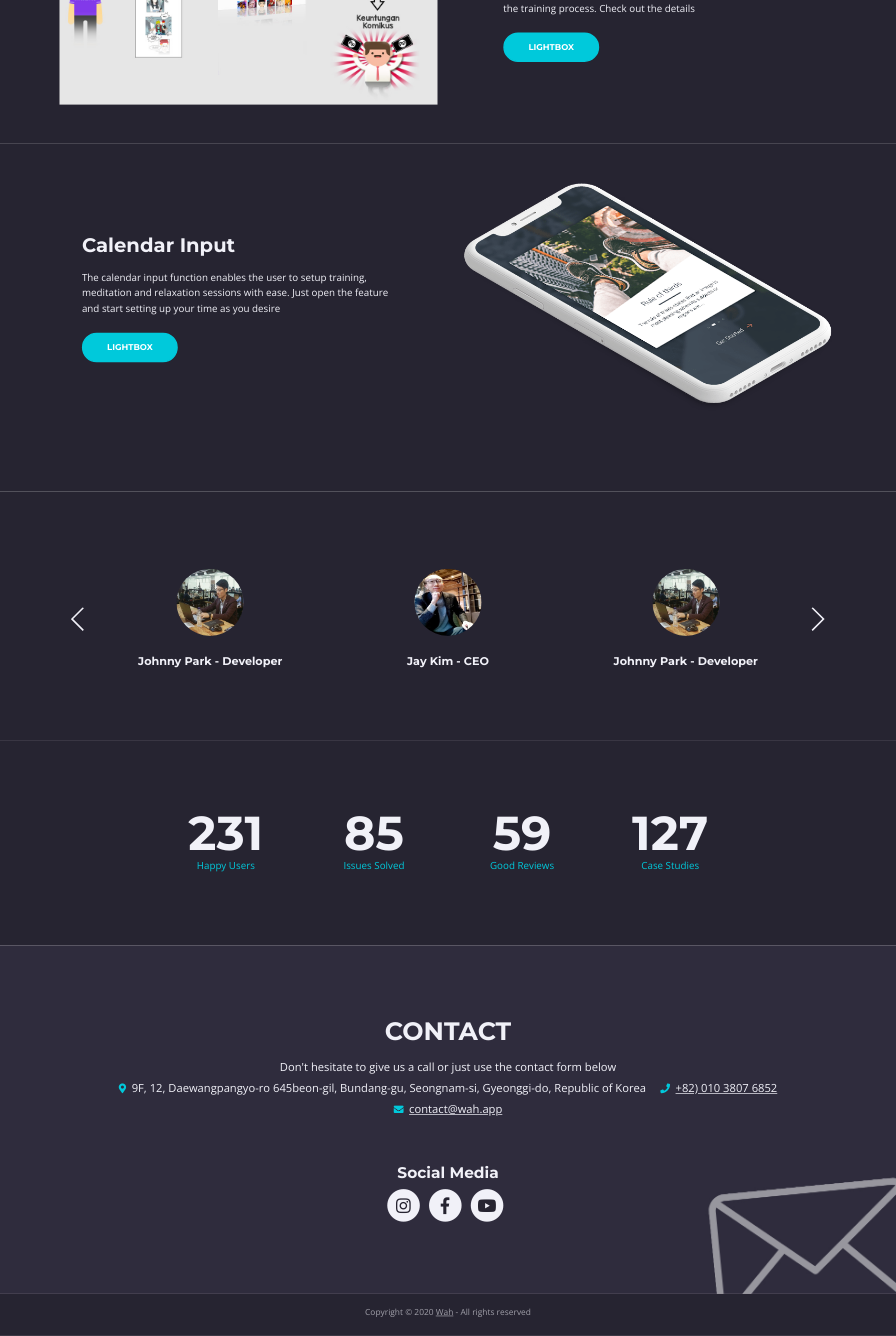
Repository: blackhat97/Homepage
Page: index.html
An editor plug-in stored every save of this project. The page is shown before and after the next save, followed by the edit.
The browser window is 1280 px wide. The pictures show the part of the page from y = 2058 to 3978 px (the page is 3967 px tall before and 3978 px after), at 70% of full size.

Above is the page before, as saved 2020-04-03 12:23:58.

### index.html
<!DOCTYPE html>
<html lang="en">
<head>
    <meta charset="utf-8">
    <meta name="viewport" content="width=device-width, initial-scale=1, shrink-to-fit=no">

    <!-- SEO Meta Tags -->
    <meta name="description" content="Pakistan Comics Platform">
    <meta name="author" content="tech@wah.app">

    <!-- OG Meta Tags to improve the way the post looks when you share the page on LinkedIn, Facebook, Google+ -->
	<meta property="og:site_name" content="" /> <!-- website name -->
	<meta property="og:site" content="" /> <!-- website link -->
	<meta property="og:title" content=""/> <!-- title shown in the actual shared post -->
	<meta property="og:description" content="" /> <!-- description shown in the actual shared post -->
	<meta property="og:image" content="" /> <!-- image link, make sure it's jpg -->
	<meta property="og:url" content="" /> <!-- where do you want your post to link to -->
	<meta property="og:type" content="article" />

    <!-- Website Title -->
    <title>Wah - Pakistani Webtoon Platform</title>

    <!-- Styles -->
    <link href="https://fonts.googleapis.com/css?family=Montserrat:400,600,700" rel="stylesheet">
    <link href="https://fonts.googleapis.com/css?family=Open+Sans:400,400i,700,700i" rel="stylesheet">
    <link href="css/bootstrap.css" rel="stylesheet">
    <link href="css/fontawesome-all.css" rel="stylesheet">
    <link href="css/swiper.css" rel="stylesheet">
	<link href="css/magnific-popup.css" rel="stylesheet">
	<link href="css/styles.css" rel="stylesheet">

	<!-- Favicon  -->
    <link rel="icon" href="images/favicon.png">
</head>
<body data-spy="scroll" data-target=".fixed-top">

    <!-- Preloader -->
	<div class="spinner-wrapper">
        <div class="spinner">
            <div class="bounce1"></div>
            <div class="bounce2"></div>
            <div class="bounce3"></div>
        </div>
    </div>
    <!-- end of preloader -->


    <!-- Navigation -->
    <nav class="navbar navbar-expand-md navbar-dark navbar-custom fixed-top">

        <!-- Image Logo -->
        <!-- <a class="navbar-brand logo-image" href="index.html"><img src="images/logo.png" alt="alternative"></a> -->

        <!-- Text Logo - Use this if you don't have a graphic logo -->
        <a class="navbar-brand logo-text page-scroll" href="index.html">Wah.app</a>

        <!-- Mobile Menu Toggle Button -->
        <button class="navbar-toggler" type="button" data-toggle="collapse" data-target="#navbarsExampleDefault" aria-controls="navbarsExampleDefault" aria-expanded="false" aria-label="Toggle navigation">
            <span class="navbar-toggler-awesome fas fa-bars"></span>
            <span class="navbar-toggler-awesome fas fa-times"></span>
        </button>
        <!-- end of mobile menu toggle button -->

        <div class="collapse navbar-collapse" id="navbarsExampleDefault">
            <ul class="navbar-nav ml-auto">
                <li class="nav-item">
                    <a class="nav-link page-scroll" href="#header">HOME <span class="sr-only">(current)</span></a>
                </li>
                <li class="nav-item">
                    <a class="nav-link page-scroll" href="#features">FEATURES</a>
                </li>
                <li class="nav-item">
                    <a class="nav-link page-scroll" href="#details">DETAILS</a>
                </li>
                <li class="nav-item">
                    <a class="nav-link page-scroll" href="#contact">CONTACT</a>
                </li>
            </ul>
            <span class="nav-item social-icons">
                <span class="fa-stack">
                    <a href="#your-link">
                        <i class="fas fa-circle fa-stack-2x"></i>
                        <i class="fab fa-facebook-f fa-stack-1x"></i>
                    </a>
                </span>
                <span class="fa-stack">
                    <a href="#your-link">
                        <i class="fas fa-circle fa-stack-2x"></i>
                        <i class="fab fa-twitter fa-stack-1x"></i>
                    </a>
                </span>
            </span>
        </div>
    </nav> <!-- end of navbar -->
    <!-- end of navigation -->


    <!-- Header -->
    <header id="header" class="header">
        <div class="header-content">
            <div class="container">
                <div class="row">
                    <div class="col-lg-6">
                        <div class="text-container">
                            <!--
                            <h1>Fatastic <br>Pakistan <span id="js-rotating">Comics, Novel</span></h1>
                            -->
                            <h1>Muslim No. 1 <br>Webcomics</h1>
                            <p class="p-large">Online webtoon contents platform in Pakistan</p>
                            <!--
                            <a class="btn-solid-lg page-scroll" href="#your-link"><i class="fab fa-apple"></i>APP STORE</a>
                            -->
                            <a class="btn-solid-lg page-scroll" href="http://webcomics.pk" target="_blank"><i class="fab fa-chrome"></i>WEB</a>
                            <a class="btn-solid-lg page-scroll" href="https://play.google.com/store/apps/details?id=app.wah.pkcomics" target="_blank"><i class="fab fa-google-play"></i>PLAY STORE</a>
                        </div>
                    </div> <!-- end of col -->
                    <div class="col-lg-6">
                        <div class="image-container">
                            <img class="img-fluid" src="images/header-iphone.png" alt="alternative">
                        </div> <!-- end of image-container -->
                    </div> <!-- end of col -->
                </div> <!-- end of row -->
            </div> <!-- end of container -->
        </div> <!-- end of header-content -->
    </header> <!-- end of header -->
    <!-- end of header -->

    <!-- Features -->
    <div id="features" class="tabs">
        <div class="container">
            <div class="row">
                <div class="col-lg-12">
                    <h2>Enjoy Comics & Novels Anytime</h2>
                    <div class="p-heading p-large">
                        You can enjoy our contents via the website or Android application. <br>Enjoy out comics & novels anytime.
                    </div>
                </div> <!-- end of col -->
            </div> <!-- end of row -->
            <div class="row">

                <!-- Tabs Links -->
                <ul class="nav nav-tabs" id="lenoTabs" role="tablist">
                    <li class="nav-item">
                        <a class="nav-link active" id="nav-tab-1" data-toggle="tab" href="#tab-1" role="tab" aria-controls="tab-1" aria-selected="true">FEATURES</a>
                    </li>
                </ul>
                <!-- end of tabs links -->


                <!-- Tabs Content-->
                <div class="tab-content" id="lenoTabsContent">

                    <!-- Tab -->
                    <div class="tab-pane fade show active" id="tab-1" role="tabpanel" aria-labelledby="tab-1">
                        <div class="container">
                            <div class="row">

                                <!-- Icon Cards Pane -->
                                <div class="col-lg-4">
                                    <div class="card left-pane first">
                                        <div class="card-body">
                                            <div class="text-wrapper">
                                                <h4 class="card-title">Online Comics</h4>
                                                <p>You can enjoy global hits comics in WebComics anytime anywhere.</p>

                                            </div>
                                            <div class="card-icon">
                                                <i class="far fa-compass"></i>
                                            </div>
                                        </div>
                                    </div>
                                    <div class="card left-pane">
                                        <div class="card-body">
                                            <div class="text-wrapper">
                                                <h4 class="card-title">Online Novels</h4>
                                                <p>Read hundreds of novels from Pakistan best selling writers and publishers.</p>

                                            </div>
                                            <div class="card-icon">
                                                <i class="far fa-file-code"></i>
                                            </div>
                                        </div>
                                    </div>
                                    <!--
                                    <div class="card left-pane">
                                        <div class="card-body">
                                            <div class="text-wrapper">
                                                <h4 class="card-title">Pico Challenge</h4>
                                                <p>Do you wanna be a creator? Let's join the PICO Challenge. You can upload your comics or novels anytime.</p>
                                            </div>
                                            <div class="card-icon">
                                                <i class="far fa-gem"></i>
                                            </div>
                                        </div>
                                    </div>
                                    -->
                                </div>
                                <!-- end of icon cards pane -->

                                <!-- Image Pane -->
                                <div class="col-lg-4">
                                    <img class="img-fluid" src="images/features-iphone-1.png" alt="alternative">
                                </div>
                                <!-- end of image pane -->

                            </div> <!-- end of row -->
                        </div> <!-- end of container -->
                    </div> <!-- end of tab-pane -->
                    <!-- end of tab -->

                </div> <!-- end of tab-content -->
                <!-- end of tabs content -->

            </div> <!-- end of row -->
        </div> <!-- end of container -->
    </div> <!-- end of tabs -->
    <!-- end of features -->

    <!-- Details -->
    <div id="details" class="basic-2">
        <div class="container">
            <div class="row">
                <div class="col-lg-6">
                    <img class="img-fluid" src="images/comica.jpg" alt="alternative">
                </div> <!-- end of col -->
                <div class="col-lg-6">
                    <div class="text-container">
                        <h3>Goals Setting</h3>
                        <p>Leno can easily help you track your personal development evolution if you take the time to properly setup your goals at the beginning of the training process. Check out the details</p>
                        <a class="btn-solid-reg popup-with-move-anim" href="#details-lightbox-1">LIGHTBOX</a>
                    </div> <!-- end of text-container -->
                </div> <!-- end of col -->
            </div> <!-- end of row -->
        </div> <!-- end of container -->
    </div> <!-- end of basic-2 -->
    <!-- end of details 1 -->


    <!-- Details 2 -->
    <div class="basic-3">
        <div class="second">
            <div class="container">
                <div class="row">
                    <div class="col-lg-6">
                        <div class="text-container">
                            <h3>Calendar Input</h3>
                            <p>The calendar input function enables the user to setup training, meditation and relaxation sessions with ease. Just open the feature and start setting up your time as you desire</p>
                            <a class="btn-solid-reg popup-with-move-anim" href="#details-lightbox-2">LIGHTBOX</a>
                        </div> <!-- end of text-container -->
                    </div> <!-- end of col -->
                    <div class="col-lg-6">
                        <img class="img-fluid" src="images/details-2-iphone.png" alt="alternative">
                    </div> <!-- end of col -->
                </div> <!-- end of row -->
            </div> <!-- end of container -->
        </div> <!-- end of second -->
    </div> <!-- end of basic-3 -->
    <!-- end of details 2 -->

    <!-- Testimonials -->
    <div class="slider-1">
        <div class="container">
            <div class="row">
                <div class="col-lg-12">

                    <!-- Card Slider -->
                    <div class="slider-container">
                        <div class="swiper-container card-slider">
                            <div class="swiper-wrapper">

                                <!-- Slide -->
                                <div class="swiper-slide">
                                    <div class="card">
                                        <img class="card-image" src="images/testimonial-jay.jpg" alt="alternative">
                                        <div class="card-body">
                                            <!--
                                            <p class="testimonial-text">Lorem ipsum dolor sit amet, consectetur adipiscing elit, sed do eiusmod tempor incididunt ut labore et dolore magna aliqua.</p>
                                            -->
                                            <p class="testimonial-author">Jay Kim - CEO</p>
                                        </div>
                                    </div>
                                </div> <!-- end of swiper-slide -->
                                <!-- end of slide -->

                                <!-- Slide -->
                                <div class="swiper-slide">
                                    <div class="card">
                                        <img class="card-image" src="images/testimonial-johnny.jpg" alt="alternative">
                                        <div class="card-body">
                                            <!--
                                            <p class="testimonial-text">Ut enim ad minim veniam, quis nostrud exercitation ullamco laboris nisi ut aliquip ex ea commodo consequat.</p>
                                            -->
                                            <p class="testimonial-author">Johnny Park - Developer</p>
                                        </div>
                                    </div>
                                </div> <!-- end of swiper-slide -->


                                <!-- end of slide -->

                            </div> <!-- end of swiper-wrapper -->

                            <!-- Add Arrows -->
                            <div class="swiper-button-next"></div>
                            <div class="swiper-button-prev"></div>
                            <!-- end of add arrows -->

                        </div> <!-- end of swiper-container -->
                    </div> <!-- end of slider-container -->
                    <!-- end of card slider -->

                </div> <!-- end of col -->
            </div> <!-- end of row -->
        </div> <!-- end of container -->
    </div> <!-- end of slider-1 -->
    <!-- end of testimonials -->


    <!-- Statistics -->
    <div class="counter">
        <div class="container">
            <div class="row">
                <div class="col-lg-12">

                    <!-- Counter -->
                    <div id="counter">
                        <div class="cell">
                            <div class="counter-value number-count" data-count="231">1</div>
                            <p class="counter-info">Happy Users</p>
                        </div>
                        <div class="cell">
                            <div class="counter-value number-count" data-count="85">1</div>
                            <p class="counter-info">Issues Solved</p>
                        </div>
                        <div class="cell">
                            <div class="counter-value number-count" data-count="59">1</div>
                            <p class="counter-info">Good Reviews</p>
                        </div>
                        <div class="cell">
                            <div class="counter-value number-count" data-count="127">1</div>
                            <p class="counter-info">Case Studies</p>
                        </div>
                    </div>
                    <!-- end of counter -->

                </div> <!-- end of col -->
            </div> <!-- end of row -->
        </div> <!-- end of container -->
    </div> <!-- end of counter -->
    <!-- end of statistics -->


    <!-- Contact -->
    <div id="contact" class="form">
        <div class="container">
            <div class="row">
                <div class="col-lg-12">
                    <h2>CONTACT</h2>
                    <ul class="list-unstyled li-space-lg">
                        <li class="address">Don't hesitate to give us a call or just use the contact form below</li>
                        <li><i class="fas fa-map-marker-alt"></i>9F, 12, Daewangpangyo-ro 645beon-gil, Bundang-gu, Seongnam-si, Gyeonggi-do, Republic of Korea</li>
                        <li><i class="fas fa-phone"></i><a class="blue" href="tel:821038076852">+82) 010 3807 6852</a></li>
                        <li><i class="fas fa-envelope"></i><a class="blue" href="mailto:contact@wah.app">contact@wah.app</a></li>
                    </ul>
                </div> <!-- end of col -->
            </div> <!-- end of row -->

            <div class="row">
                <div class="col-lg-6 offset-lg-3">
                    <div class="center">
                        <h4>Social Media</h4>
                        <span class="fa-stack">
                            <a href="https://www.instagram.com/" target="_blank">
                                <i class="fas fa-circle fa-stack-2x"></i>
                                <i class="fab fa-instagram fa-stack-1x"></i>
                            </a>
                        </span>
                        <span class="fa-stack">
                            <a href="https://www.facebook.com/" target="_blank">
                                <i class="fas fa-circle fa-stack-2x"></i>
                                <i class="fab fa-facebook-f fa-stack-1x"></i>
                            </a>
                        </span>
                        <span class="fa-stack">
                            <a href="https://www.youtube.com/" target="_blank">
                                <i class="fas fa-circle fa-stack-2x"></i>
                                <i class="fab fa-youtube fa-stack-1x"></i>
                            </a>
                        </span>
                    </div>
                </div> <!-- end of col -->
            </div> <!-- end of row -->
        </div> <!-- end of container -->
    </div> <!-- end of form -->
    <!-- end of contact -->

    <!-- Copyright -->
    <div class="copyright">
        <div class="container">
            <div class="row">
                <div class="col-lg-12">
                    <p class="p-small">Copyright © 2020 <a href="https://wah.app">Wah</a> - All rights reserved</p>
                </div> <!-- end of col -->
            </div> <!-- enf of row -->
        </div> <!-- end of container -->
    </div> <!-- end of copyright -->
    <!-- end of copyright -->


    <!-- Scripts -->
    <script src="js/jquery.min.js"></script> <!-- jQuery for Bootstrap's JavaScript plugins -->
    <script src="js/popper.min.js"></script> <!-- Popper tooltip library for Bootstrap -->
    <script src="js/bootstrap.min.js"></script> <!-- Bootstrap framework -->
    <script src="js/jquery.easing.min.js"></script> <!-- jQuery Easing for smooth scrolling between anchors -->
    <script src="js/swiper.min.js"></script> <!-- Swiper for image and text sliders -->
    <script src="js/jquery.magnific-popup.js"></script> <!-- Magnific Popup for lightboxes -->
    <script src="js/morphext.min.js"></script> <!-- Morphtext rotating text in the header -->
    <script src="js/validator.min.js"></script> <!-- Validator.js - Bootstrap plugin that validates forms -->
    <script src="js/scripts.js"></script> <!-- Custom scripts -->
</body>
</html>

Loaded but not shown: css/bootstrap.css (library); css/fontawesome-all.css (library); css/swiper.css (library); css/magnific-popup.css (library); js/jquery.min.js (library); js/popper.min.js (library); js/bootstrap.min.js (library); js/jquery.easing.min.js (library); js/swiper.min.js (library); js/jquery.magnific-popup.js (library); js/morphext.min.js (common file); js/validator.min.js (library); js/scripts.js (375 lines, source omitted); css/styles.css (2131 lines, source omitted)

After the next save:
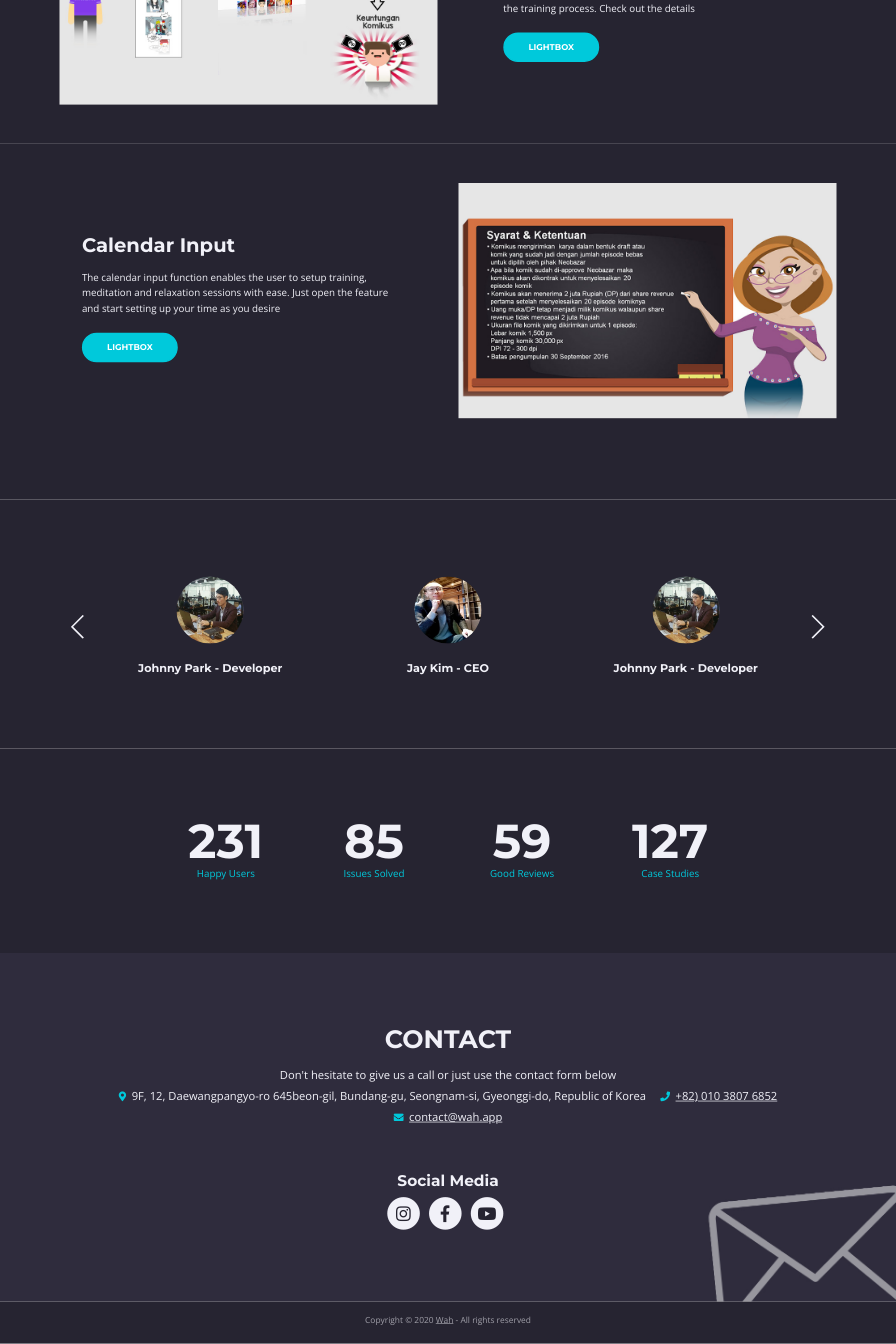
Saved 37 s later.
--- a/index.html
+++ b/index.html
@@ -249,7 +249,7 @@
                         </div> <!-- end of text-container -->
                     </div> <!-- end of col -->
                     <div class="col-lg-6">
-                        <img class="img-fluid" src="images/details-2-iphone.png" alt="alternative">
+                        <img class="img-fluid" src="images/syarat.jpg" alt="alternative">
                     </div> <!-- end of col -->
                 </div> <!-- end of row -->
             </div> <!-- end of container -->
